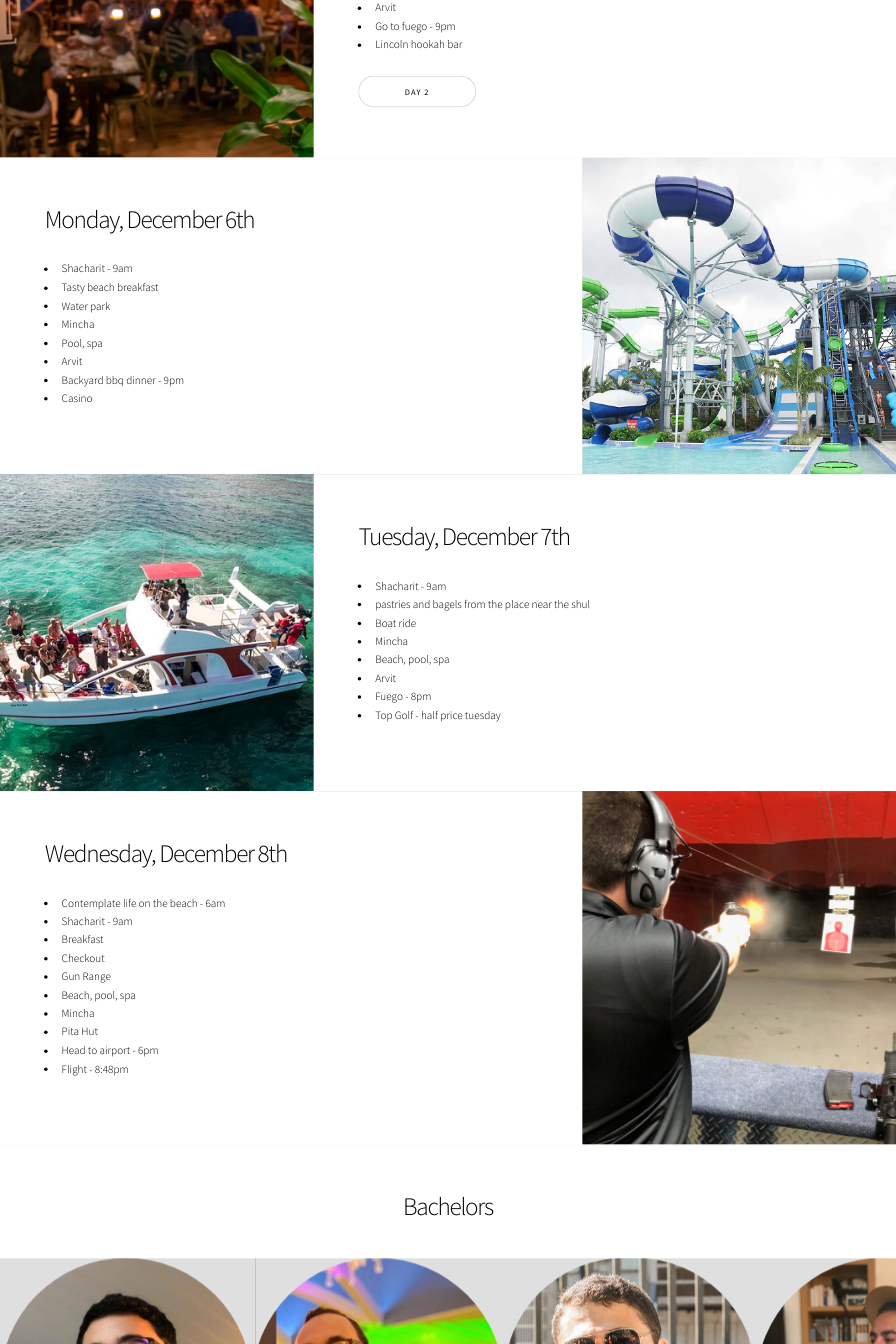
Repository: joshebrani/mybp
Page: index.html
The author's editor kept a copy of each file at every save. The page is drawn from the files as they stood at one save, then again after the next save.
The browser window is 1280 px wide. The pictures show the part of the page from y = 1053 to 2973 px (the page is 4041 px tall before and 4146 px after), at 70% of full size.

Above is the page before, as saved 2021-10-31 10:57:03.

After the next save:
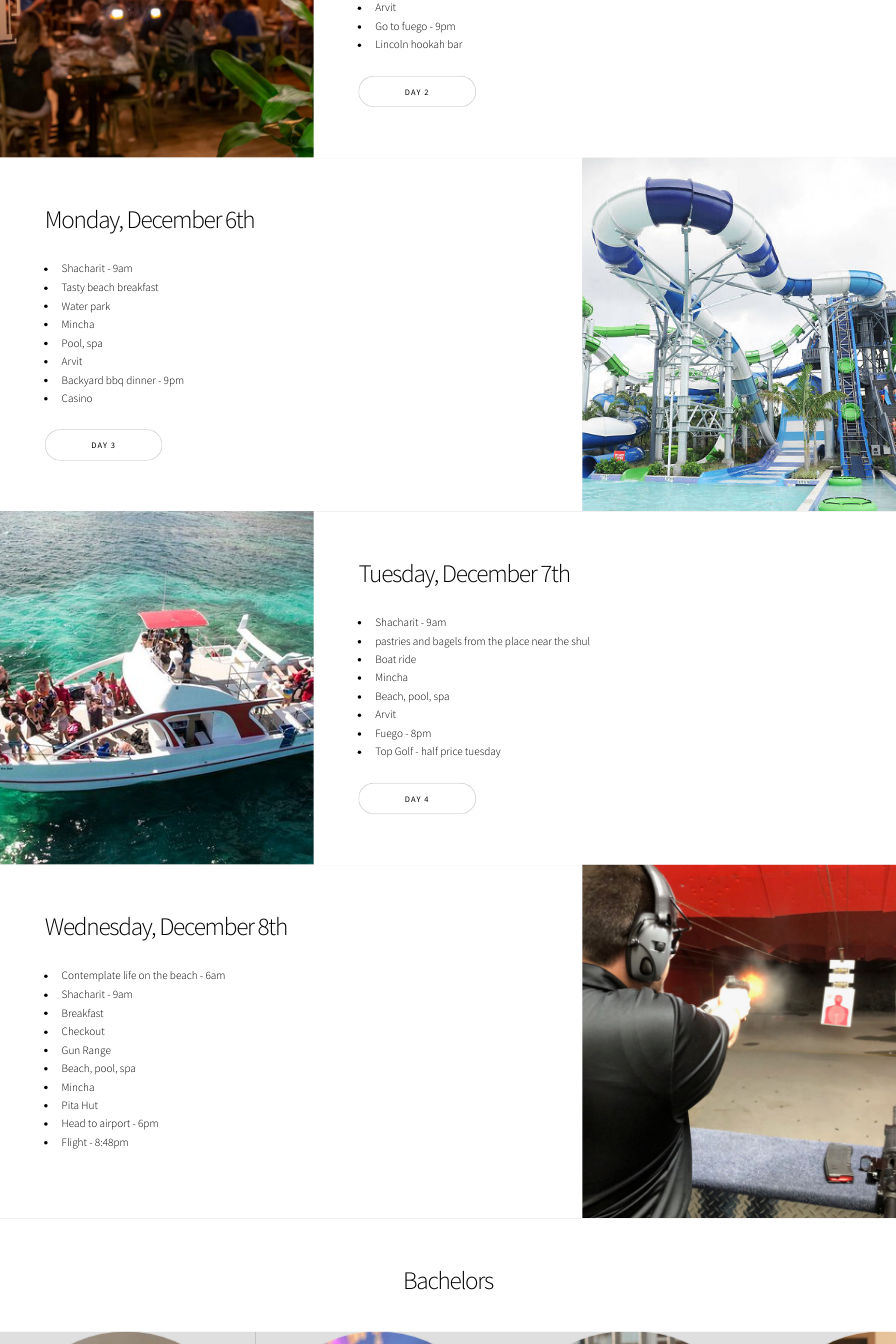
Saved 38 s later.
--- a/index.html
+++ b/index.html
@@ -74,7 +74,7 @@
 									<li>Casino</li>
 								</ul></p>
 							<ul class="actions stacked">
-								<!-- <li><a href="#" class="button">Learn More</a></li> -->
+								<li><a href="#third" class="button big wide smooth-scroll-middle">Day 3</a></li>
 							</ul>
 						</div>
 						<div class="image">
@@ -83,7 +83,7 @@
 					</section>
 
 				<!-- Four -->
-					<section class="spotlight style1 orient-right content-align-left image-position-center onscroll-image-fade-in">
+					<section class="spotlight style1 orient-right content-align-left image-position-center onscroll-image-fade-in" id="third">
 						<div class="content">
 							<h2>Tuesday, December 7th</h2>
 							<p><ul>
@@ -97,7 +97,7 @@
 									<li>Top Golf - half price tuesday</li>
 								</ul></p>
 							<ul class="actions stacked">
-								<!-- <li><a href="#" class="button">Learn More</a></li> -->
+								<li><a href="#fourth" class="button big wide smooth-scroll-middle">Day 4</a></li>
 							</ul>
 						</div>
 						<div class="image">
@@ -106,7 +106,7 @@
 					</section>
 
 
-					<section class="spotlight style1 orient-left content-align-left image-position-center onscroll-image-fade-in">
+					<section class="spotlight style1 orient-left content-align-left image-position-center onscroll-image-fade-in" id="fourth">
 						<div class="content">
 							<h2>Wednesday, December 8th</h2>
 							<p><ul>
